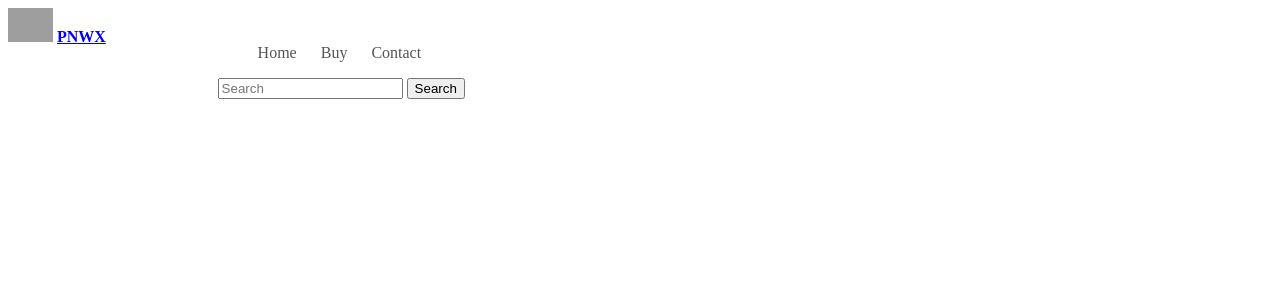
Repository: meiming24/meiming24.github.io
Page: index.html
An editor plug-in stored every save of this project. The page is shown before and after the next save, followed by the edit.
The browser window is 1280 px wide. The pictures show the whole page.
Pictures or frames that could not be fetched are drawn as grey boxes.

Above is the page before, as saved 2022-05-09 17:05:22.

After the next save:
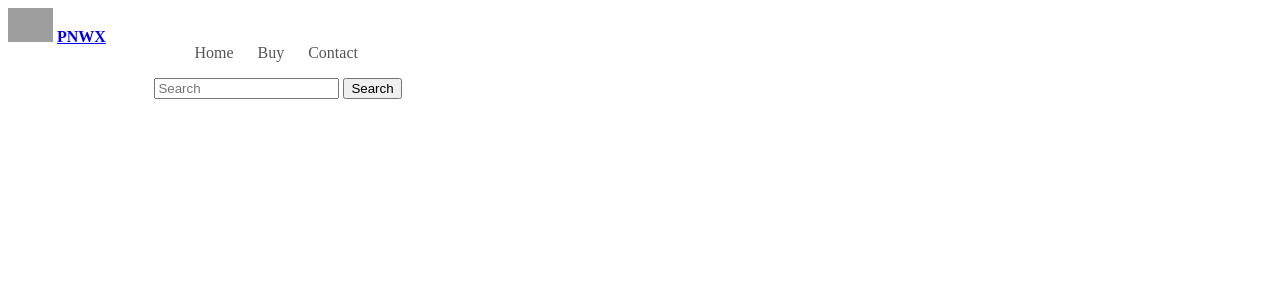
Saved 13 s later.
--- a/index.css
+++ b/index.css
@@ -10,7 +10,7 @@
 }
 
 .logo {
-    flex-basis: 15%;
+    flex-basis: 10%;
     font-weight: 600;
     text-decoration: none;
 }
